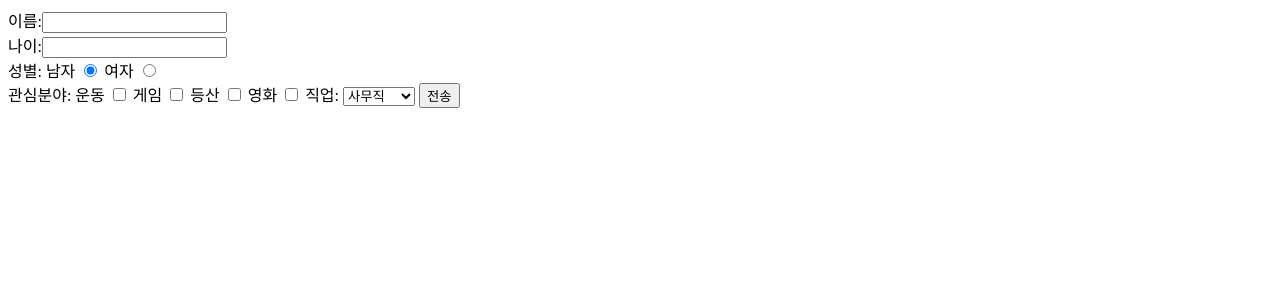
Repository: yubeens/JSP
Page: http://localhost/JSP_Project/exam/formInput_jquery.jsp
These files come from the project's save history. The page is drawn as it stood at one moment and after the next save; the edit follows.
The browser window is 1280 px wide. The pictures show the whole page.
The page is served by Tomcat 9.

Above is the page before, as saved 2025-02-27 05:18:23.

After the next save:
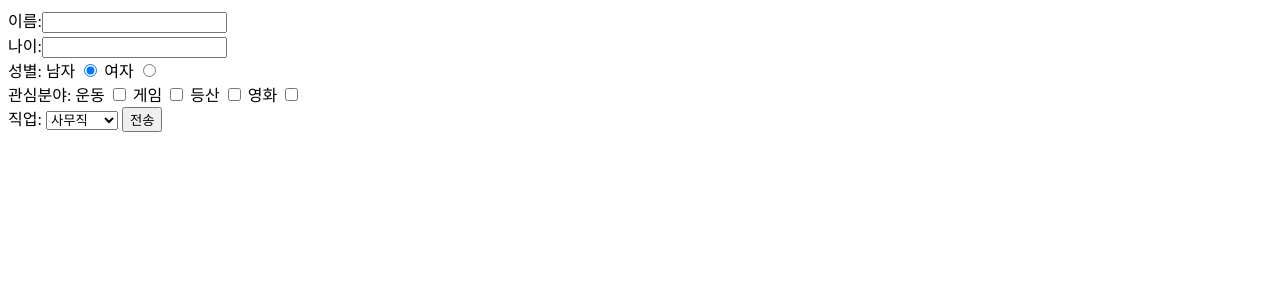
Saved 9 s later.
--- a/JSP_Project/src/main/webapp/exam/formInput_jquery.jsp
+++ b/JSP_Project/src/main/webapp/exam/formInput_jquery.jsp
@@ -23,7 +23,7 @@
 <label for ="h3">등산</label>
 	<label><input type="checkbox" name="hobby" id="h3">
 <label for ="h4">영화</label>
-<label><input type="checkbox" name="hobby" id="h4">
+<label><input type="checkbox" name="hobby" id="h4"><br>
 <label for ="job">직업:</label>
 <select name = job id="job">
 	<option>사무직</option>
